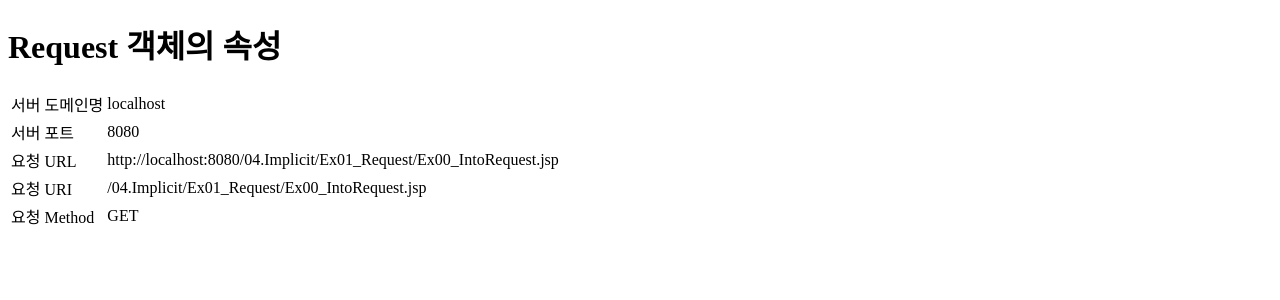
Repository: Kimgigon123123/JspServlet
Page: http://localhost/04.Implicit/Ex01_Request/Ex00_IntoRequest.jsp
An editor plug-in stored every save of this project. The page is shown before and after the next save, followed by the edit.
The browser window is 1280 px wide. The pictures show the whole page.
The page is served by Tomcat 9.

Above is the page before, as saved 2023-05-22 01:41:47.

After the next save:
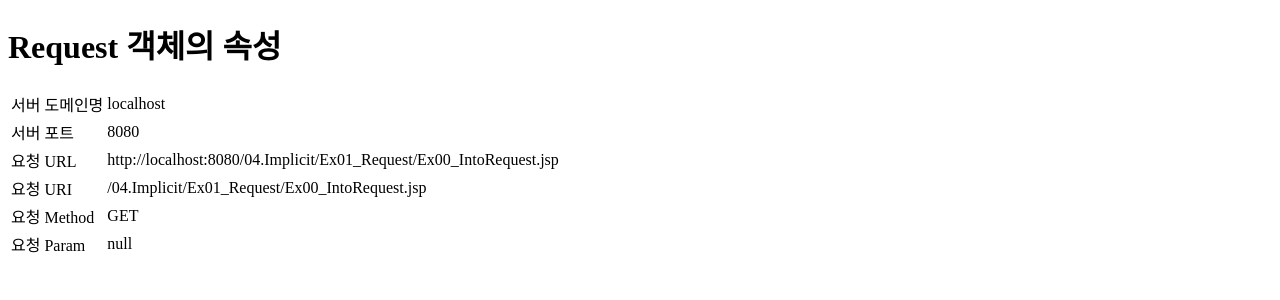
Saved 65 s later.
--- a/WorkSpace/04.Implicit/src/main/webapp/Ex01_Request/Ex00_IntoRequest.jsp
+++ b/WorkSpace/04.Implicit/src/main/webapp/Ex01_Request/Ex00_IntoRequest.jsp
@@ -36,6 +36,13 @@
 	 	<td> <%=request.getMethod() %></td>
 	 </tr>
 
+	 	<tr>
+			<td> 요청 Param</td>
+			<td> <%=request.getParameter("param1") %></td>
+		</tr>
+
 	</table>
+
+
 </body>
 </html>
